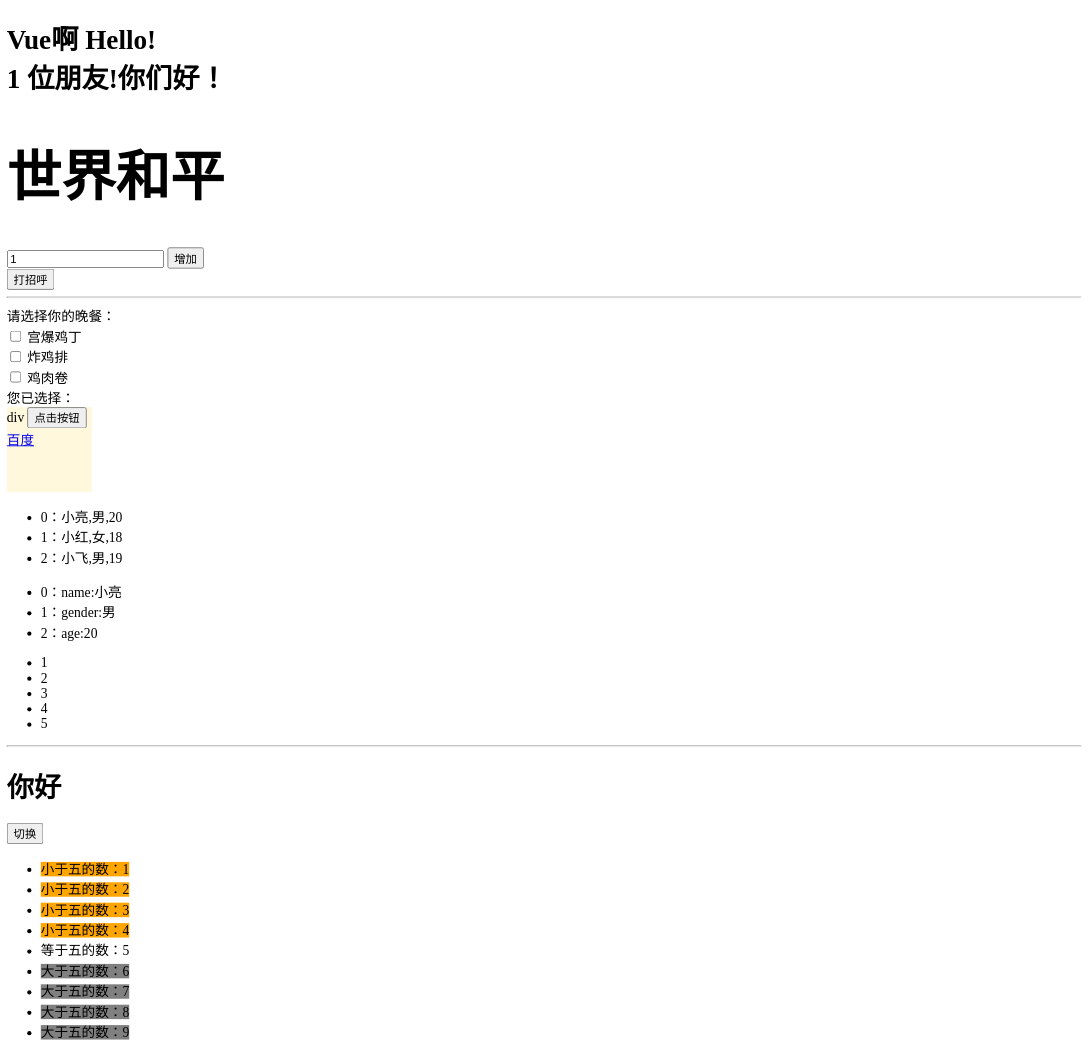
Repository: SOROoi/Web_front-end
Page: Web01_Vue/src/main/webapp/index.html
An editor plug-in stored every save of this project. The page is shown before and after the next save, followed by the edit.
The browser window is 1280 px wide. The pictures show the whole page, at 85% of full size.

Above is the page before, as saved 2020-07-15 04:40:01.

After the next save:
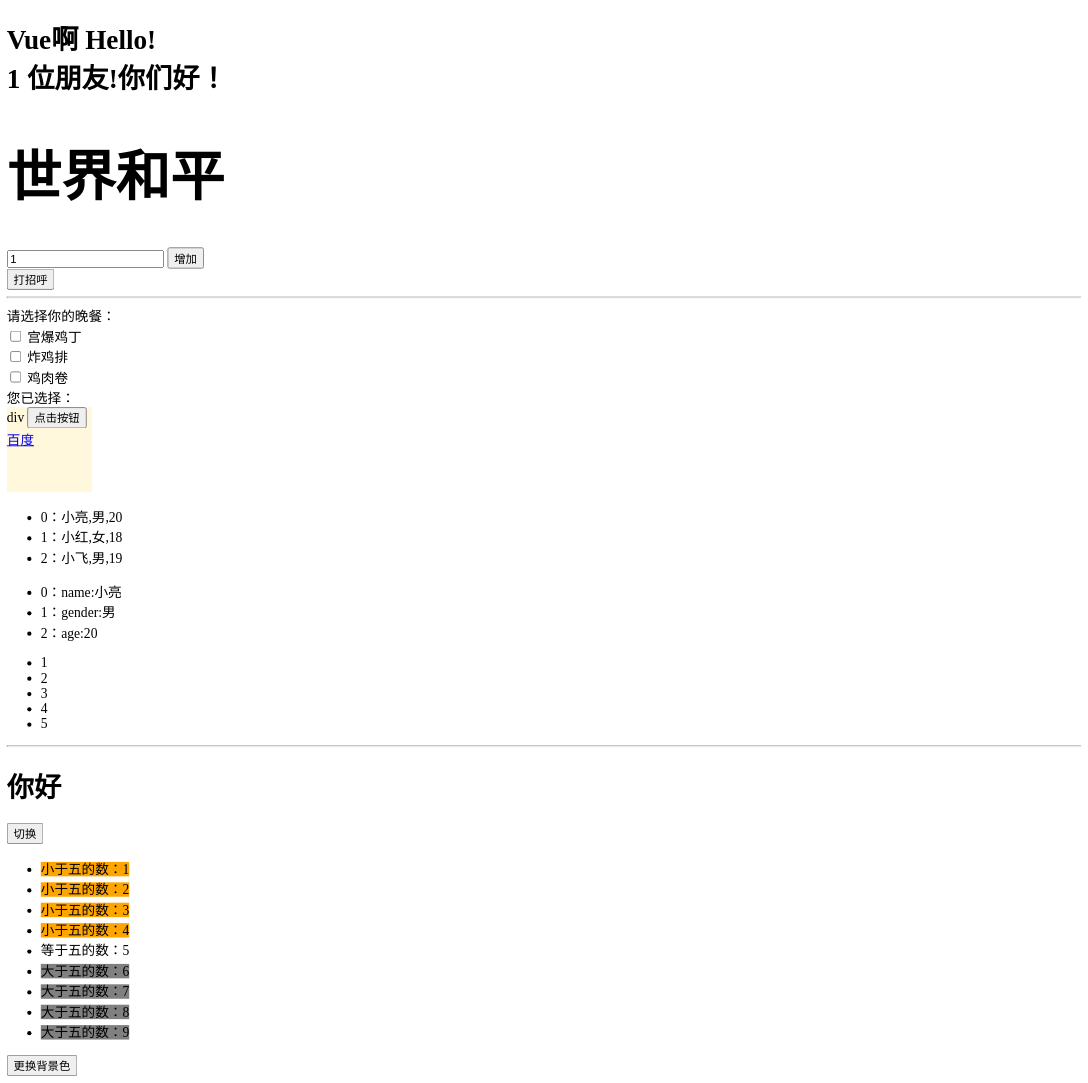
Saved 53 s later.
--- a/Web01_Vue/src/main/webapp/index.html
+++ b/Web01_Vue/src/main/webapp/index.html
@@ -86,6 +86,7 @@
 
 		<!-- v-bind -->
 		<div v-bind:class="blue"></div>
+		<button>更换背景色</button>
 
 	</div>
 </body>
